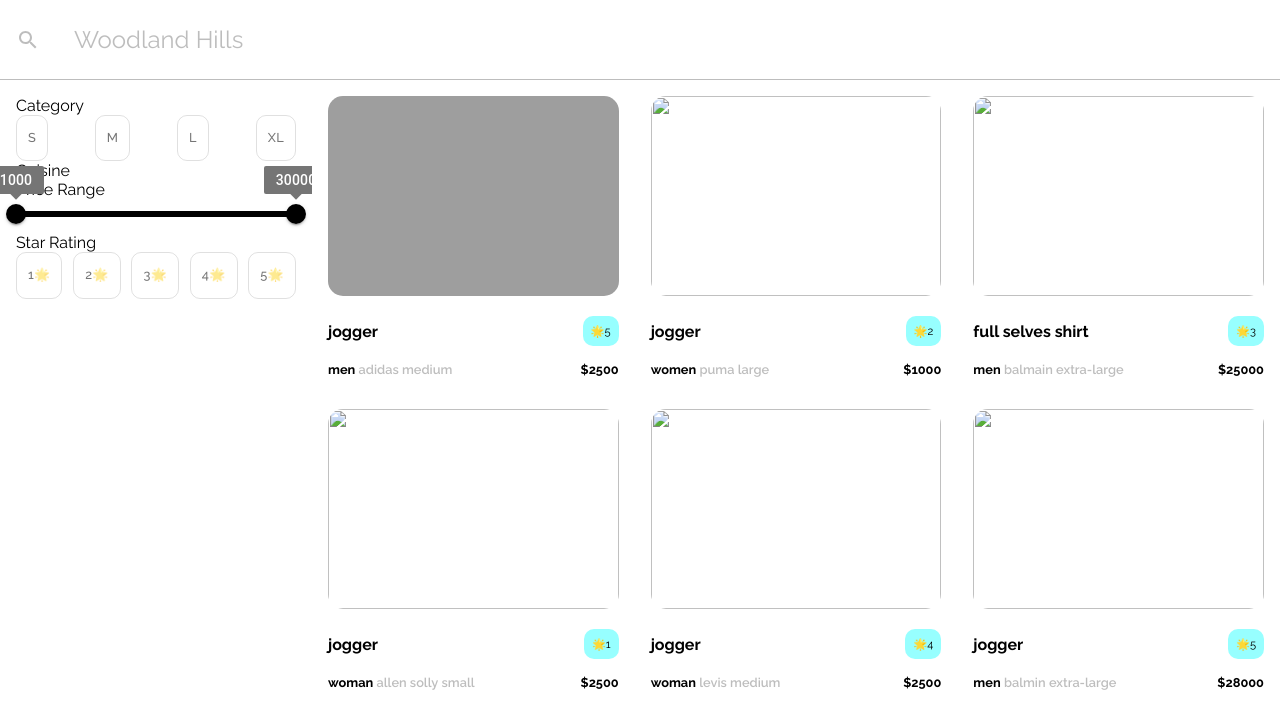
Repository: GokulDev4U/filter_product
Page: /
The author's editor kept a copy of each file at every save. The page is drawn from the files as they stood at one save, then again after the next save.
The browser window is 1280 px wide. The pictures show the whole page.
Pictures or frames that could not be fetched are drawn as grey boxes. An inner scrolling area shows only its first screen. The project was rebuilt for these pictures with package versions that can differ from the ones it lists, and the page was loaded fresh each time. Also part of the build but not shown: src/components/common/EmptyView/styles.css, src/components/common/EmptyView/index.jsx.

Above is the page before, as saved 2022-03-20 15:43:13.

### src/App.js
import React from "react";
import Home from "./pages/Home";
import "./App.css";

const App = () => <Home />;

export default App;

### src/pages/Home/index.jsx
import React, { useEffect, useState } from 'react';
import EmptyView from '../../components/common/EmptyView';
import FilterPanel from '../../components/Home/FilterPanel';
import List from '../../components/Home/List';
import SearchBar from '../../components/Home/SearchBar';
import { dataList } from '../../constants';
import './styles.css';

const Home = () => {
    const [selectedCategory, setSelectedCategory] = useState(null);
    const [selectedRating, setSelectedRating] = useState(null);
    const [selectedPrice, setSelectedPrice] = useState([1000, 30000]);

    const [cuisines, setCuisines] = useState([
        { id: 1, checked: false, label: 'MEN' },
        { id: 2, checked: false, label: 'Women' },
    ]);

    const [list, setList] = useState(dataList);
    const [resultsFound, setResultsFound] = useState(true);
    const [searchInput, setSearchInput] = useState('');

    const handleSelectCategory = (event, value) =>
        !value ? null : setSelectedCategory(value);

    const handleSelectRating = (event, value) =>
        !value ? null : setSelectedRating(value);

    const handleChangeChecked = (id) => {
        const cusinesStateList = cuisines;
        const changeCheckedCuisines = cusinesStateList.map((item) =>
            item.id === id ? { ...item, checked: !item.checked } : item
        );
        setCuisines(changeCheckedCuisines);
    };

    const handleChangePrice = (event, value) => {
        setSelectedPrice(value);
    };

    const applyFilters = () => {
        let updatedList = dataList;

        // Rating Filter
        if (selectedRating) {
            updatedList = updatedList.filter(
                (item) => parseInt(item.rating) === parseInt(selectedRating)
            );
        }

        // Category Filter
        if (selectedCategory) {
            updatedList = updatedList.filter(
                (item) => item.category === selectedCategory
            );
        }

        // Cuisine Filter
        const cuisinesChecked = cuisines
            .filter((item) => item.checked)
            .map((item) => item.label.toLowerCase());

        if (cuisinesChecked.length) {
            updatedList = updatedList.filter((item) =>
                cuisinesChecked.includes(item.cuisine)
            );
        }

        // Search Filter
        if (searchInput) {
            updatedList = updatedList.filter(
                (item) =>
                    item.title.toLowerCase().search(searchInput.toLowerCase().trim()) !==
                    -1
            );
        }

        // Price Filter
        const minPrice = selectedPrice[0];
        const maxPrice = selectedPrice[1];

        updatedList = updatedList.filter(
            (item) => item.price >= minPrice && item.price <= maxPrice
        );

        setList(updatedList);

        !updatedList.length ? setResultsFound(false) : setResultsFound(true);
    };

    useEffect(() => {
        applyFilters();
    }, [selectedRating, selectedCategory, cuisines, searchInput, selectedPrice]);

    return (
        <div className='home'>
            {/* Search Bar */}
            <SearchBar
                value={searchInput}
                changeInput={(e) => setSearchInput(e.target.value)}
            />
            <div className='home_panelList-wrap'>
                {/* Filter Panel */}
                <div className='home_panel-wrap'>
                    <FilterPanel
                        selectedCategory={selectedCategory}
                        selectCategory={handleSelectCategory}
                        selectedRating={selectedRating}
                        selectedPrice={selectedPrice}
                        selectRating={handleSelectRating}
                        cuisines={cuisines}
                        changeChecked={handleChangeChecked}
                        changePrice={handleChangePrice}
                    />
                </div>
                {/* List & Empty View */}
                <div className='home_list-wrap'>
                    {resultsFound ? <List list={list} /> : <EmptyView />}
                </div>
            </div>
        </div>
    );
};

export default Home;

### src/App.css
@import url("https://fonts.googleapis.com/css2?family=Raleway:ital,wght@0,100;0,200;0,300;0,400;0,500;0,600;0,700;0,800;0,900;1,100;1,200;1,300;1,400;1,500;1,600;1,700;1,800;1,900&display=swap");

*,
*::after,
*::before {
  margin: 0;
}

body {
  font-family: "Raleway", sans-serif;
}

input {
  font-family: "Raleway", sans-serif;
}

/* Hide scrollbar for Chrome, Safari and Opera */
::-webkit-scrollbar {
  display: none;
}

/* Hide scrollbar for IE, Edge and Firefox */
body {
  -ms-overflow-style: none; /* IE and Edge */
  scrollbar-width: none; /* Firefox */
}

### src/components/Home/FilterPanel/index.jsx
import React from 'react';
import { categoryList, ratingList } from '../../../constants';
import CheckboxProton from '../../common/CheckboxProton';
import FilterListToggle from '../../common/FilterListToggle';
import SliderProton from '../../common/SliderProton';
import './styles.css';

const FilterPanel = ({
    selectedCategory,
    selectCategory,
    selectedRating,
    selectedPrice,
    selectRating,
    cuisines,
    changeChecked,
    changePrice,
}) => (
    <div>
        <div className='input-group'>
            <p className='label'>Category</p>
            <FilterListToggle
                options={categoryList}
                value={selectedCategory}
                selectToggle={selectCategory}
            />
        </div>
        <div className='input-group'>
            <p className='label'>Cuisine</p>
            {cuisines.map((cuisine) => (
                <CheckboxProton
                    key={cuisine.id}
                    cuisine={cuisine}
                    changeChecked={changeChecked}
                />
            ))}
        </div>
        <div className='input-group'>
            <p className='label-range'>Price Range</p>
            <SliderProton value={selectedPrice} changePrice={changePrice} />
        </div>
        <div className='input-group'>
            <p className='label'>Star Rating</p>
            <FilterListToggle
                options={ratingList}
                value={selectedRating}
                selectToggle={selectRating}
            />
        </div>
    </div>
);

export default FilterPanel;

### src/components/Home/List/index.jsx
import React from 'react';
import ListItem from './ListItem';
import './styles.css';

const List = ({ list }) => (
    <div className='list-wrap'>
        {list.map((item) => (
            <ListItem key={item.id} item={item} />
        ))}
    </div>
);

export default List;

### src/components/Home/SearchBar/index.jsx
import React from 'react';
import './styles.css';
import SearchIcon from '@mui/icons-material/Search';

const SearchBar = ({ value, changeInput }) => (
    <div className='searchBar-wrap'>
        <SearchIcon className='searchBar-icon' />
        <input
            type='text'
            placeholder='Woodland Hills'
            value={value}
            onChange={changeInput}
        />
    </div>
);

export default SearchBar;

### src/constants/index.js
export const categoryList = [
  {
    id: 1,
    value: "small",
    label: "s",
  },
  {
    id: 2,
    value: "medium",
    label: "m",
  },
  {
    id: 3,
    value: "large",
    label: "l",
  },
  {
    id: 4,
    value: "extra-large",
    label: "xl",
  },
];

// export const highLowList = [
//   {
//     id: 1,
//     value: "small",
//     label: "",
//   },
//   {
//     id: 2,
//     value: "medium",
//     label: "m",
//   },
// ];

export const ratingList = [
  {
    id: 1,
    value: "1",
    label: "1🌟",
  },
  {
    id: 2,
    value: "2",
    label: "2🌟",
  },
  {
    id: 3,
    value: "3",
    label: "3🌟",
  },
  {
    id: 4,
    value: "4",
    label: "4🌟",
  },
  {
    id: 5,
    value: "5",
    label: "5🌟",
  },
];

export const dataList = [
  {
    id: 1,
    title: "jogger",
    category: "men",
    brand: "adidas", //checkbox
    size: "medium",
    rating: 5,
    price: 2500,
    coverSrc:
      "https://assets.myntassets.com/h_1440,q_90,w_1080/v1/assets/images/16740710/2022/1/27/8741c976-79a4-449b-b448-59609bdc47541643275980430-ADIDAS-Men-Track-Pants-3281643275979689-1.jpg",
  },
  {
    id: 2,
    title: "jogger",
    category: "women",
    brand: "puma", //checkbox
    size: "large",
    rating: 2,
    price: 1000,
    coverSrc: "",
  },
  {
    id: 3,
    title: "full selves shirt",
    category: "men",
    brand: "balmain", //checkbox
    size: "extra-large",
    rating: 3,
    price: 25000,
    coverSrc: "",
  },
  {
    id: 4,
    title: "jogger",
    category: "woman",
    brand: "allen solly", //checkbox
    size: "small",
    rating: 1,
    price: 2500,
    coverSrc: "",
  },
  {
    id: 5,
    title: "jogger",
    category: "woman",
    brand: "levis", //checkbox
    size: "medium",
    rating: 4,
    price: 2500,
    coverSrc: "",
  },
  {
    id: 6,
    title: "jogger",
    category: "men",
    brand: "balmin", //checkbox
    size: "extra-large",
    rating: 5,
    price: 28000,
    coverSrc: "",
  },
  {
    id: 7,
    title: "jogger",
    category: "women",
    brand: "adidas", //checkbox
    size: "large",
    rating: 2,
    price: 5000,
    coverSrc: "",
  },
];

### src/pages/Home/styles.css
.home {
  display: flex;
  flex-direction: column;
  height: 100vh;
}
.home_panelList-wrap,
.home_panel-wrap,
.home_list-wrap {
  overflow-y: auto;
}

.home_panelList-wrap {
  flex: 1;
  display: flex;
}
.home_panel-wrap {
  flex-basis: 280px;
  padding: 1rem;
}
.home_list-wrap {
  flex: 1;
  padding: 1rem;
}

### src/components/common/CheckboxProton/index.jsx
import React from 'react';
import Checkbox from '@mui/material/Checkbox';
import { makeStyles } from '@mui/styles';
import FormControlLabel from '@mui/material/FormControl';

const useStyles = makeStyles({
    root: {
        '&$checked': {
            color: '#000',
        },
    },
    checked: {},
    wrap: {
        width: '100%',
        display: 'flex',
        flexDirection: 'row-reverse',
        justifyContent: 'space-between',
        alignItems: 'center',
        marginLeft: 0,
    },
    label: {
        fontSize: '.8rem',
        fontFamily: `'Raleway', sans-serif`,
    },
});

const CheckboxProton = ({ changeChecked, cuisine }) => {
    const classes = useStyles();
    const { checked, label, id } = cuisine;
    return (
        <div>
            <FormControlLabel
                classes={{
                    label: classes.label,
                    root: classes.wrap,
                }}
                control={
                    <Checkbox
                        classes={{
                            checked: classes.checked,
                            root: classes.root,
                        }}
                        size='small'
                        checked={checked}
                        onChange={() => changeChecked(id)}
                        inputProps={{ 'aria-label': 'checkbox with small size' }}
                    />
                }
                label={label}
            />
        </div>
    );
};

export default CheckboxProton;

### src/components/common/FilterListToggle/index.jsx
import React from 'react';
import ToggleButton from '@mui/material/ToggleButton';
import ToggleButtonGroup from '@mui/material/ToggleButtonGroup';
import { makeStyles } from '@mui/styles';

const useStyles = makeStyles({
    root: {
        width: '100%',
        justifyContent: 'space-between',
    },
    toggle: {
        fontFamily: `'Raleway', sans-serif`,
        fontSize: '.8rem',
        border: '1px solid rgba(0, 0, 0, 0.12)',
        borderRadius: '10px',
        '&.MuiToggleButtonGroup-groupedHorizontal:not(:last-child)': {
            borderRadius: '10px',
        },
        '&.MuiToggleButtonGroup-groupedHorizontal:not(:first-child)': {
            borderRadius: '10px',
            border: '1px solid rgba(0, 0, 0, 0.12)',
        },
        '&.Mui-selected': {
            borderRadius: '10px',
            background: '#000',
            color: '#fff',
        },
        '&.MuiToggleButton-root': {
            '&:hover': {
                background: '#000',
                color: '#fff',
            },
        },
    },
});

const FilterListToggle = ({ options, value, selectToggle }) => {
    const classes = useStyles();
    return (
        <ToggleButtonGroup
            value={value}
            exclusive
            onChange={selectToggle}
            className={classes.root}
        >
            {options.map(({ label, id, value }) => (
                <ToggleButton className={classes.toggle} key={id} value={value}>
                    {label}
                </ToggleButton>
            ))}
        </ToggleButtonGroup>
    );
};

export default FilterListToggle;

### src/components/common/SliderProton/index.jsx
import React from 'react';
import { makeStyles } from '@mui/styles';
// import Typography from '@mui/Typography';
import Slider from '@mui/material/Slider';

const useStyles = makeStyles({
    root: {
        width: '100%',
    },
    thumb: {
        color: '#000',
    },
    rail: {
        color: `rgba(0, 0, 0, 0.26)`,
    },
    track: {
        color: '#000',
    },
});

const SliderProton = ({ value, changePrice }) => {
    const classes = useStyles();

    return (
        <div className={classes.root}>
            <Slider
                value={value}
                onChange={changePrice}
                valueLabelDisplay='on'
                min={1000}
                max={30000}
                classes={{
                    thumb: classes.thumb,
                    rail: classes.rail,
                    track: classes.track,
                }}
            />
        </div>
    );
};

export default SliderProton;

### src/components/Home/List/ListItem/index.jsx
import React from 'react';
import './styles.css';

const ListItem = ({
    item: { coverSrc, title, price, category, brand, size, rating },
}) => (
    <div className='listItem-wrap'>
        <img src={coverSrc} alt='' />
        <header>
            <h4>{title}</h4>
            <span>🌟{rating}</span>
        </header>
        <footer>
            <p>
                <b>{category}</b> <span>{brand}</span>  <span>{size}</span>
            </p>
            <p>
                <b>${price}</b>
            </p>
        </footer>
    </div>
);

export default ListItem;

### src/components/Home/List/styles.css
.list-wrap {
  display: grid;
  grid-template-columns: repeat(3, 1fr);
  grid-gap: 2rem;
}

### src/components/Home/SearchBar/styles.css
.searchBar-wrap {
  display: flex;
  align-items: center;
  border-bottom: 1px solid rgba(0, 0, 0, 0.26);
  padding: 1.5rem 1rem;
}
.searchBar-icon {
  color: rgba(0, 0, 0, 0.26);
  margin-right: 2rem;
}

.searchBar-wrap input {
  font-size: 1.5rem;
  outline: none;
  border: none;
  width: 100%;
}

.searchBar-wrap input::placeholder {
  color: rgba(0, 0, 0, 0.26);
}

### src/components/Home/List/ListItem/styles.css
.listItem-wrap img {
  width: 100%;
  border-radius: 15px;
  height: 200px;
  object-fit: cover;
}
.listItem-wrap header {
  display: flex;
  justify-content: space-between;
  margin: 1rem 0 1rem 0;
  align-items: center;
}

.listItem-wrap header span {
  font-size: 0.7rem;
  background-color: #97ffff;
  padding: 0.5rem;
  border-radius: 10px;
}
.listItem-wrap footer {
  font-size: 0.8rem;
  display: flex;
  align-items: center;
  justify-content: space-between;
}
.listItem-wrap footer p:first-child span {
  color: rgba(0, 0, 0, 0.26);
  font-weight: 600;
}

Loaded but not shown: public/index.html (common file); src/index.js (common file); src/index.css (common file); src/components/Home/FilterPanel/styles.css (no stored copy; drawn as an empty file)

After the next save:
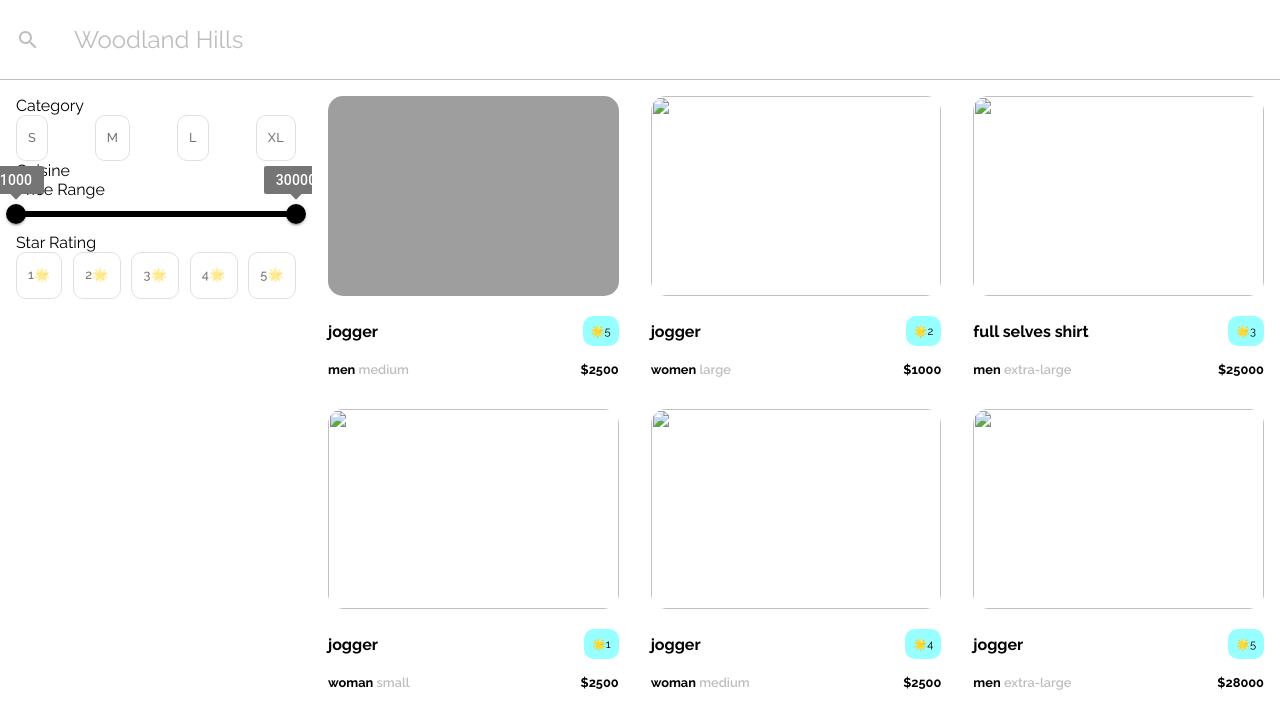
Saved 31 s later.
--- a/src/components/Home/List/ListItem/index.jsx
+++ b/src/components/Home/List/ListItem/index.jsx
@@ -12,7 +12,7 @@ const ListItem = ({
         </header>
         <footer>
             <p>
-                <b>{category}</b> <span>{brand}</span>  <span>{size}</span>
+                <b>{category}</b>  <span>{size}</span>
             </p>
             <p>
                 <b>${price}</b>
